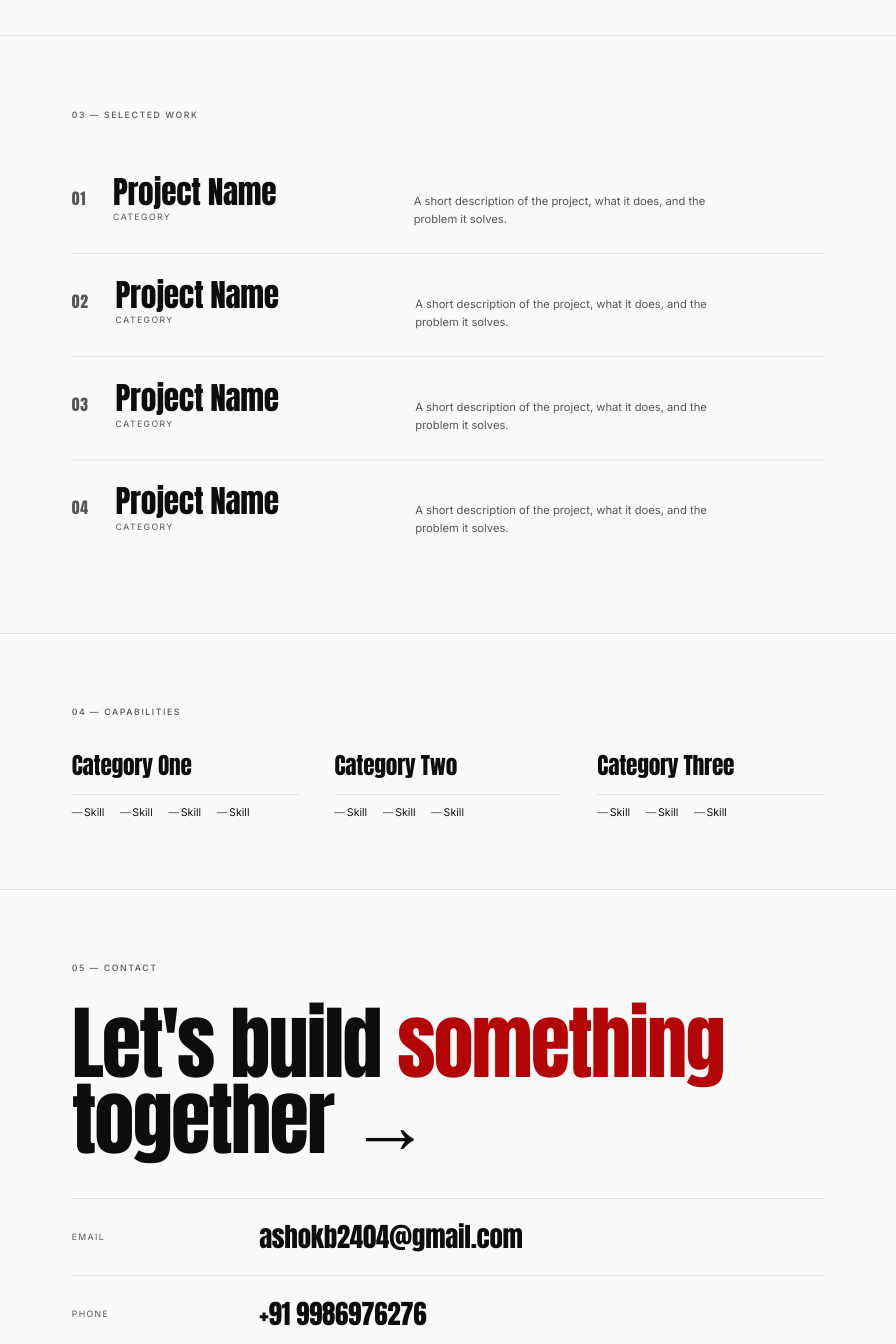
Repository: Ashok-B24/Dexter-portfolio
Page: /
An editor plug-in stored every save of this project. The page is shown before and after the next save, followed by the edit.
The browser window is 1280 px wide. The pictures show the part of the page from y = 2529 to 4449 px (the page is 4732 px tall before and 4367 px after), at 70% of full size.
The project was rebuilt for these pictures with package versions that can differ from the ones it lists, and the page was loaded fresh each time. Also part of the build but not shown: vite.config.js.

Above is the page before, as saved 2026-07-28 20:35:56.

### index.html
<!doctype html>
<html lang="en">
  <head>
    <meta charset="UTF-8" />
    <meta name="viewport" content="width=device-width, initial-scale=1.0" />
    <title>Portfolio</title>
    <link rel="preconnect" href="https://fonts.googleapis.com">
    <link rel="preconnect" href="https://fonts.gstatic.com" crossorigin>
    <link href="https://fonts.googleapis.com/css2?family=Anton&family=Inter:wght@400;500&display=swap" rel="stylesheet">
  </head>
  <body>
    <div id="root"></div>
    <script type="module" src="/src/main.jsx"></script>
  </body>
</html>

### src/main.jsx
import ReactDOM from 'react-dom/client'
import App from './App'
import './App.css'

ReactDOM.createRoot(document.getElementById('root')).render(<App />)

### src/App.jsx
import { useEffect } from 'react'
import Lenis from '@studio-freight/lenis'
import Nav from './components/Nav'
import Hero from './components/Hero'
import About from './components/About'
import Experience from './components/Experience'
import Work from './components/Work'
import Capabilities from './components/Capabilities'
import Contact from './components/Contact'
import Cursor from './components/Cursor'

export default function App() {
  useEffect(() => {
    const lenis = new Lenis({ duration: 1.2, easing: t => Math.min(1, 1.001 - 2 ** (-10 * t)), smoothWheel: true })
    function raf(time) { lenis.raf(time); requestAnimationFrame(raf) }
    requestAnimationFrame(raf)

    window.__lenis = lenis

    return () => { lenis.destroy(); delete window.__lenis }
  }, [])

  return (
    <>
      <Nav />
      <main>
        <Hero />
        <About />
        <Experience />
        <Work />
        <Capabilities />
        <Contact />
      </main>
      <Cursor />
    </>
  )
}

### src/components/Nav.jsx
import { useEffect, useRef } from 'react'
import gsap from 'gsap'

export default function Nav() {
  const navRef = useRef(null)

  useEffect(() => {
    const nav = navRef.current
    if (!nav) return

    const tl = gsap.timeline({ paused: true })
    tl.to(nav, { y: '-100%', duration: 0.4, ease: 'power2.inOut' })

    let oldScroll = 0

    function onScroll() {
      const lenis = window.__lenis
      if (!lenis) return

      const thisScroll = lenis.scroll
      if (thisScroll > oldScroll && thisScroll > 60) {
        tl.timeScale(1.2).play()
      } else if (thisScroll < oldScroll) {
        tl.timeScale(1.5).reverse()
      }
      oldScroll = thisScroll
    }

    if (window.__lenis) {
      window.__lenis.on('scroll', onScroll)
    }

    return () => {
      tl.kill()
      if (window.__lenis) window.__lenis.off('scroll', onScroll)
    }
  }, [])

  return (
    <nav className="nav" ref={navRef}>
      <div className="nav__inner">
        <a className="nav__logo" href="#">SITE</a>
        <div className="nav__links">
          <a href="#about" data-cursor="View">About</a>
          <a href="#experience" data-cursor="View">Experience</a>
          <a href="#work" data-cursor="View">Work</a>
          <a href="#capabilities" data-cursor="View">Skills</a>
          <a href="#contact" data-cursor="View">Contact</a>
        </div>
      </div>
    </nav>
  )
}

### src/components/Hero.jsx
import { useEffect, useRef } from 'react'
import gsap from 'gsap'

const TRACKS = [
  { dir: 'left',  speed: 8,  text: 'Software Developer Engineer' },
  { dir: 'right', speed: 10, text: 'Dexter' },
  { dir: 'left',  speed: 6,  text: 'Ashok' },
]

export default function Hero() {
  const heroRef = useRef(null)

  useEffect(() => {
    const hero = heroRef.current
    if (!hero) return

    let ctx

    function start() {
      const inners = hero.querySelectorAll('.hero__track-inner')
      if (inners.length === 0) { setTimeout(start, 200); return }

      ctx = gsap.context(() => {
        inners.forEach(inner => {
          const spans = inner.querySelectorAll('span')
          if (spans.length < 2) return

          const w = spans[0].offsetWidth
          if (w === 0) return

          const right = inner.classList.contains('hero__track-inner--right')
          const s = parseFloat(inner.getAttribute('data-speed')) || 8

          gsap.fromTo(inner, { x: right ? -w : 0 }, { x: right ? 0 : -w, duration: s, ease: 'none', repeat: -1 })
        })
      }, hero)
    }

    const race = []
    if (document.fonts && document.fonts.ready) race.push(document.fonts.ready)
    race.push(new Promise(r => setTimeout(r, 1500)))
    Promise.race(race).then(start)

    return () => { if (ctx) ctx.revert() }
  }, [])

  return (
    <section className="hero" ref={heroRef}>
      <div className="hero__marquee">
        {TRACKS.map((track, i) => (
          <div className="hero__track" key={i}>
            <div
              className={`hero__track-inner hero__track-inner--${track.dir}`}
              data-speed={track.speed}
            >
              {[0, 1, 2, 3].map(n => <span key={n}>{track.text}</span>)}
            </div>
          </div>
        ))}
      </div>

      <div className="hero__portrait">
        <img src={`${import.meta.env.BASE_URL}photo.png`} alt="Raghu" />
      </div>

      <a className="hero__resume" href="#">Resume ↗</a>

      <div className="hero__scroll">
        <span>Scroll</span>
        <div className="hero__scroll-line" />
      </div>
    </section>
  )
}

### src/components/About.jsx
const FACTS = [
  ['Based in', 'Bengaluru, India'],
  ['Field', 'Computer Science & Business Systems'],
  ['Role', 'Software Engineering'],
  ['Languages', 'English · Kannada · Telugu · Hindi · Tamil'],
]

export default function About() {
  return (
    <section id="about" className="section about">
      <div className="section__head">
        <span className="section__label">01 — About</span>
      </div>

      <div className="about__grid">
        <h2 className="about__headline">
          Final-year <em>Computer Science and Business Systems</em> student
          passionate about building scalable software solutions and solving
          real-world problems through technology.
        </h2>

        <p className="about__body">
          I am a dedicated and detail-oriented final-year Computer Science and
          Business Systems student with a strong foundation in programming,
          problem-solving, and software development. I am proficient in C and
          Java for Data Structures and Algorithms (DSA), Java for
          Object-Oriented Programming (OOP), and Python for general-purpose
          programming. My experience includes web development using HTML, CSS,
          Flask, React, and MySQL for backend integration and database
          management. I have solved 80+ DSA problems on LeetCode, HackerRank,
          and the TAI platform, showcasing strong algorithmic thinking and
          coding proficiency.
        </p>

        <dl className="about__facts">
          {FACTS.map(([k, v]) => (
            <div className="about__fact" key={k}>
              <dt>{k}</dt>
              <dd>{v}</dd>
            </div>
          ))}
        </dl>
      </div>
    </section>
  )
}

### src/components/Experience.jsx
const ROLES = [
  {
    period: '2024 — PRESENT',
    title: 'Software Engineering Intern',
    org: 'Independent Projects & Freelance Work',
    desc: 'Building polished web experiences with React, Vite, and modern frontend tooling while focusing on thoughtful interaction design and performance.',
  },
  {
    period: '2023 — 2024',
    title: 'Student Developer',
    org: 'KSSEM',
    desc: 'Worked on campus-focused web solutions, strengthened problem-solving skills through DSA practice, and explored full-stack concepts through hands-on projects.',
  },
]

export default function Experience() {
  return (
    <section id="experience" className="section experience">
      <div className="section__head">
        <span className="section__label">02 — Experience</span>
      </div>

      <div className="experience__list">
        {ROLES.map((r, i) => (
          <article className="role" key={i}>
            <span className="role__period">{r.period}</span>

            <div className="role__main">
              <h3 className="role__title">{r.title}</h3>

              <span className="role__org">{r.org}</span>

              <p className="role__desc">{r.desc}</p>
            </div>
          </article>
        ))}
      </div>
    </section>
  )
}

### src/components/Work.jsx
const PROJECTS = [
  {
    title: 'Project Name',
    cat: 'Category',
    desc: 'A short description of the project, what it does, and the problem it solves.',
  },
  {
    title: 'Project Name',
    cat: 'Category',
    desc: 'A short description of the project, what it does, and the problem it solves.',
  },
  {
    title: 'Project Name',
    cat: 'Category',
    desc: 'A short description of the project, what it does, and the problem it solves.',
  },
  {
    title: 'Project Name',
    cat: 'Category',
    desc: 'A short description of the project, what it does, and the problem it solves.',
  },
]

export default function Work() {
  return (
    <section id="work" className="section work">
      <div className="section__head">
        <span className="section__label">03 — Selected Work</span>
      </div>

      <div className="work__list">
        {PROJECTS.map((p, i) => (
          <article className="project" key={i} data-cursor="View">
            <span className="project__index">{String(i + 1).padStart(2, '0')}</span>
            <div className="project__body">
              <h3 className="project__title">{p.title}</h3>
              <span className="project__cat">{p.cat}</span>
            </div>
            <p className="project__desc">{p.desc}</p>
          </article>
        ))}
      </div>
    </section>
  )
}

### src/components/Capabilities.jsx
const GROUPS = [
  {
    label: 'Category One',
    items: ['Skill', 'Skill', 'Skill', 'Skill'],
  },
  {
    label: 'Category Two',
    items: ['Skill', 'Skill', 'Skill'],
  },
  {
    label: 'Category Three',
    items: ['Skill', 'Skill', 'Skill'],
  },
]

export default function Capabilities() {
  return (
    <section id="capabilities" className="section capabilities">
      <div className="section__head">
        <span className="section__label">04 — Capabilities</span>
      </div>

      <div className="capabilities__grid">
        {GROUPS.map((g) => (
          <div className="cap-group" key={g.label}>
            <h3 className="cap-group__label">{g.label}</h3>
            <ul className="cap-group__items">
              {g.items.map((s) => (
                <li key={s}>{s}</li>
              ))}
            </ul>
          </div>
        ))}
      </div>
    </section>
  )
}

### src/components/Contact.jsx
export default function Contact() {
  return (
    <section id="contact" className="section contact">
      <div className="section__head">
        <span className="section__label">05 — Contact</span>
      </div>

      <h2 className="contact__headline">
        Let's build <em>something</em>
        <br />
        together →
      </h2>

      <div className="contact__rows">
        <a
          className="contact__row"
          href="mailto:ashokb2404@gmail.com"
          data-cursor="Email"
        >
          <span className="contact__key">Email</span>
          <span className="contact__val">ashokb2404@gmail.com</span>
        </a>

        <a
          className="contact__row"
          href="tel:+919986976276"
          data-cursor="Call"
        >
          <span className="contact__key">Phone</span>
          <span className="contact__val">+91 9986976276</span>
        </a>

        <div className="contact__row">
          <span className="contact__key">Location</span>
          <span className="contact__val">Bengaluru, India</span>
        </div>
      </div>

      <footer className="footer">
        <span>© {new Date().getFullYear()} Ashok B</span>
        <span>Built with React · Vite · GSAP</span>
      </footer>
    </section>
  )
}

### src/components/Cursor.jsx
import { useEffect, useRef } from 'react'

export default function Cursor() {
  const cursorRef = useRef(null)
  const dotRef = useRef(null)
  const labelRef = useRef(null)

  useEffect(() => {
    const cursor = cursorRef.current
    const dot = dotRef.current
    const label = labelRef.current
    if (!cursor || !dot) return

    let mX = window.innerWidth / 2
    let mY = window.innerHeight / 2
    let cX = mX
    let cY = mY
    let raf = null

    function onMove(e) { mX = e.clientX; mY = e.clientY }
    function onLeave() { cursor.style.opacity = '0'; dot.style.opacity = '0' }
    function onEnter() { cursor.style.opacity = '1'; dot.style.opacity = '1' }

    function animate() {
      cX += (mX - cX) * 0.15
      cY += (mY - cY) * 0.15
      cursor.style.left = cX + 'px'
      cursor.style.top = cY + 'px'
      dot.style.left = mX + 'px'
      dot.style.top = mY + 'px'
      raf = requestAnimationFrame(animate)
    }

    function onHover(e) {
      const t = e.target.closest('[data-cursor]')
      if (t) { cursor.classList.add('cursor--active'); if (label) label.textContent = t.dataset.cursor }
    }
    function onBlur(e) {
      const t = e.target.closest('[data-cursor]')
      if (t) { cursor.classList.remove('cursor--active') }
    }

    function onScroll() {
      if (window.__lenis) {
        const s = window.__lenis.scroll
        cY = mY - s
      }
      cursor.style.opacity = '0'
      dot.style.opacity = '0'
      clearTimeout(onScroll._timer)
      onScroll._timer = setTimeout(() => {
        if (document.hasFocus()) { cursor.style.opacity = '1'; dot.style.opacity = '1' }
      }, 200)
    }

    document.addEventListener('mousemove', onMove)
    document.addEventListener('mouseleave', onLeave)
    document.addEventListener('mouseenter', onEnter)
    document.addEventListener('mouseover', onHover)
    document.addEventListener('mouseout', onBlur)
    if (window.__lenis) window.__lenis.on('scroll', onScroll)
    raf = requestAnimationFrame(animate)

    return () => {
      document.removeEventListener('mousemove', onMove)
      document.removeEventListener('mouseleave', onLeave)
      document.removeEventListener('mouseenter', onEnter)
      document.removeEventListener('mouseover', onHover)
      document.removeEventListener('mouseout', onBlur)
      if (window.__lenis) window.__lenis.off('scroll', onScroll)
      cancelAnimationFrame(raf)
    }
  }, [])

  return (
    <>
      <div className="cursor" ref={cursorRef}>
        <span className="cursor__label" ref={labelRef} />
      </div>
      <div className="cursor__dot" ref={dotRef} />
    </>
  )
}

Loaded but not shown: src/App.css (793 lines, source omitted)

After the next save:
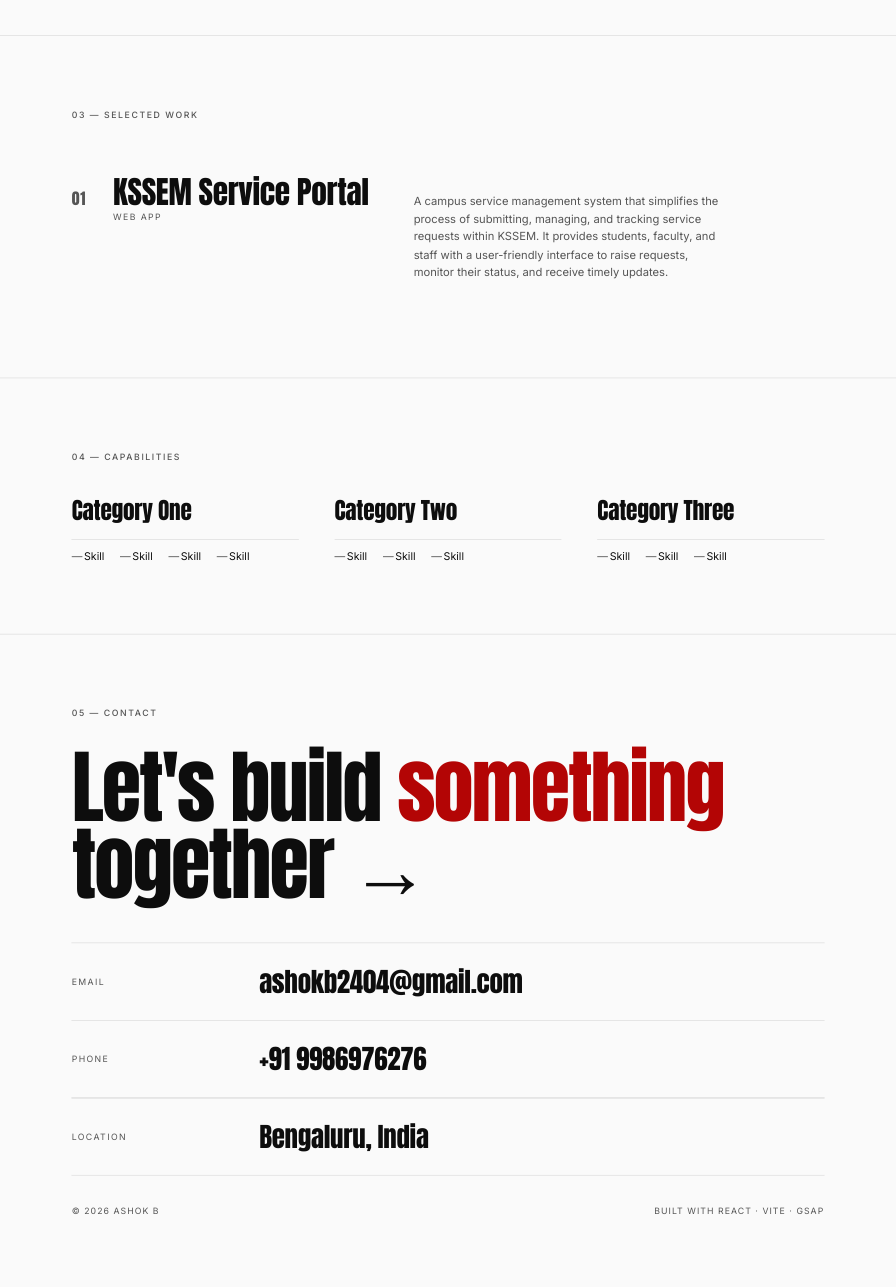
Saved 2 min 3 s later.
--- a/src/components/Work.jsx
+++ b/src/components/Work.jsx
@@ -1,23 +1,8 @@
 const PROJECTS = [
   {
-    title: 'Project Name',
-    cat: 'Category',
-    desc: 'A short description of the project, what it does, and the problem it solves.',
-  },
-  {
-    title: 'Project Name',
-    cat: 'Category',
-    desc: 'A short description of the project, what it does, and the problem it solves.',
-  },
-  {
-    title: 'Project Name',
-    cat: 'Category',
-    desc: 'A short description of the project, what it does, and the problem it solves.',
-  },
-  {
-    title: 'Project Name',
-    cat: 'Category',
-    desc: 'A short description of the project, what it does, and the problem it solves.',
+    title: 'KSSEM Service Portal',
+    cat: 'Web App',
+    desc: 'A campus service management system that simplifies the process of submitting, managing, and tracking service requests within KSSEM. It provides students, faculty, and staff with a user-friendly interface to raise requests, monitor their status, and receive timely updates.',
   },
 ]
 
@@ -31,11 +16,15 @@ export default function Work() {
       <div className="work__list">
         {PROJECTS.map((p, i) => (
           <article className="project" key={i} data-cursor="View">
-            <span className="project__index">{String(i + 1).padStart(2, '0')}</span>
+            <span className="project__index">
+              {String(i + 1).padStart(2, '0')}
+            </span>
+
             <div className="project__body">
               <h3 className="project__title">{p.title}</h3>
               <span className="project__cat">{p.cat}</span>
             </div>
+
             <p className="project__desc">{p.desc}</p>
           </article>
         ))}
